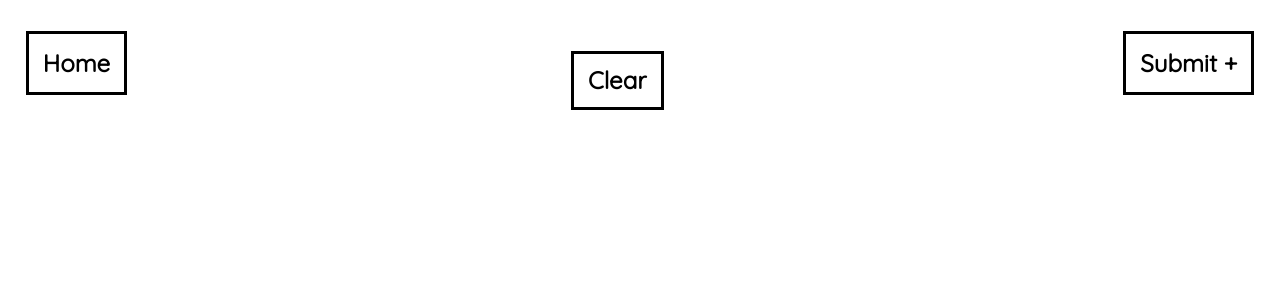
Repository: rickypcyt/WebMural
Page: /
An editor plug-in stored every save of this project. The page is shown before and after a run of saves, followed by the edit.
The browser window is 1280 px wide. The pictures show the whole page.
The project was rebuilt for these pictures with package versions that can differ from the ones it lists, and the page was loaded fresh each time.

Above is the page before, as saved 2022-09-12 13:09:16.

### src/index.js
import React from "react";
import ReactDOM from "react-dom/client";
import "./index.css";
import WebMural from "./Pages/WebMural";
import reportWebVitals from "./reportWebVitals";
import { BrowserRouter, Routes, Route, Switch } from "react-router-dom";

const root = ReactDOM.createRoot(document.getElementById("root"));
root.render(
  <React.StrictMode>
    <BrowserRouter>
      <WebMural />
    </BrowserRouter>
  </React.StrictMode>
);

// If you want to start measuring performance in your app, pass a function
// to log results (for example: reportWebVitals(console.log))
// or send to an analytics endpoint. Learn more: https://bit.ly/CRA-vitals
reportWebVitals();

### src/index.css
@import url("https://fonts.googleapis.com/css2?family=Quicksand");

input[type="file"] {
  display: none;
}
.container {
  top: 0%;
  left: 0%;
}
::marker {
  display: none;
}
.image-container {
  width: 100%;
  margin: auto;
  display: flex;
  flex-direction: row;
  justify-content: space-evenly;
  gap: 15px;
  padding: 10px;
}
body {
  line-height: 1;
  font-family: "Quicksand";
  font-size: large;
  margin: 2%;
  padding: 0%;
  margin-top: 4%;
}
ol {
  list-style: none;
  display: flex;
  padding: 0;
  justify-content: space-between;
  align-items: flex-start;
  display: flex;
  flex-wrap: wrap;
  align-content: center;
}
.content {
  position: absolute;
  right: calc(var(--pad) * 2);
  bottom: calc(var(--pad) * 2);
  white-space: nowrap;
}
.parrafo {
  line-height: 1.5;
  text-align: end;
  font-size: larger;
}
.parrafo span {
  display: block;
}
.titulo {
  margin: 0;
}
.oli {
  font-weight: bold;
  border-style: solid;
  font-size: x-large;
  padding: 1ch;
}
.descripcion {
  font-weight: lighter;
  font-style: oblique;
}
.oli:hover {
  color: black;
  border-style: dotted;
}
.page {
  padding-top: 2%;
  padding-bottom: 3%;
}
.pageContact {
  padding-top: 8%;
  padding-bottom: 9%;
}
.cabeceranavi {
  padding-bottom: 1%;
}
p {
  font-weight: bold;
}
a {
  color: black;
  text-decoration: none;
  padding: 0ch;
}
span {
  font-size: larger;
}
li {
  width: 7%;
  height: 10%;
}
ul {
  list-style-type: none;
  margin: 0%;
  display: flex;
  align-items: center;
  flex-direction: row;
  padding-top: 5%;
  padding-bottom: 5%;
  padding-left: 0%;
  justify-content: space-around;
}
.imagenes {
  display: block;
  height: auto;
  width: auto;
  padding-top: 5%;
  padding-bottom: 5%;
}

.imagenesproyect {
  position: relative;
}
.fixer {
  display: flex;
  flex-direction: row;
  justify-content: space-evenly;
  padding-bottom: 3%;
}
.overlay {
  position: absolute;
  top: 0.83cm;

  background: rgb(0, 0, 0);
  background: rgb(2, 0.3, 0.9, 0.6); /* Black see-through */
  color: #f1f1f1;
  width: 100%;
  transition: 0.5s ease;
  color: white;
  text-align: center;
  font-size: 20px;
  padding-top: 20px;
  padding-bottom: 20px;
  opacity: 0;
}
.imagenesproyect:hover .overlay {
  opacity: 1;
}
.overlay2 {
  position: absolute;
  bottom: 8%;
  background: rgb(0, 0, 0);
  background: rgba(40, 40, 40, 0.6); /* Black see-through */
  color: #f1f1f1;
  width: 100%;
  transition: 0.5s ease;
  color: white;
  text-align: center;
  font-size: 20px;
  padding-top: 20px;
  padding-bottom: 20px;
  opacity: 0;
}
.imagenesproyect:hover .overlay2 {
  opacity: 1;
}

.homeinfo {
  font-size: x-large;
}

@media screen and (max-width: 1340px) {
  .fixer {
    flex-direction: column;
    justify-content: center;
  }
  .imagenes {
    height: auto;
    width: 100%;
  }
  ol {
  }
}

.image-container {
  width: auto;
  margin: auto;
  /* display: flex; */
  flex-wrap: wrap;
  gap: 15px;
  padding: 10px;
}

.image-container img {
  max-width: 100%;
  max-height: 225px;
}

.container .image-container .image {
  border: 4px solid black;
  overflow: hidden;
  /* cursor: pointer; */
}

.container .image-container .image img {
  height: 100%;
  width: 100%;
}
@media (max-width: 700px) {
  .image-container img {
    max-height: -10px;
  }
}

.image:hover {
  transform: scale(1.15); /* (150% zoom - Note: if the zoom is too large, it will go outside of the viewport) */
}

.oli:hover {
  transform: scale(1.15); /* (150% zoom - Note: if the zoom is too large, it will go outside of the viewport) */
}

### src/Pages/WebMural.js
import React, { useState } from "react";
import { Link, useMatch, useResolvedPath } from "react-router-dom";

const UploadAndDisplayImage = () => {
  const [selectedFiles, setSelectedFiles] = useState([]);
  const handleImageChange = (e) => {
    setSelectedFiles([]);
    if (e.target.files) {
      const filesArray = Array.from(e.target.files).map((file) =>
        URL.createObjectURL(file)
      );
      setSelectedFiles((prevImages) => prevImages.concat(filesArray));
      Array.from(e.target.files).map((file) => URL.revokeObjectURL(file));
    }
  };

  const renderPhotos = (source) => {
    return source.map((photo) => {
      return (
        <div class="container">
          <figure class="image-container">
            <img className="image" src={photo} alt="" key={photo} />
          </figure>
        </div>
      );
    });
  };

  return (
    <main>
      <nav className="cabeceranavi">
        <ol>
          <CustomLink to="/" className="oli">
            Home
          </CustomLink>
          <div className="oli" onClick={() => handleImageChange(null)}>
            Clear
          </div>
          <label for="upload-button">
            <nav>
              <input
                type="file"
                id="upload-button"
                multiple="multiple"
                accept="image/*"
                onChange={handleImageChange}
              />
              <a class="oli"> Submit + </a>
            </nav>
          </label>
        </ol>
      </nav>
      {selectedFiles && (
        <div>
          <div class="image-container">{renderPhotos(selectedFiles)}</div>
        </div>
      )}
    </main>
  );
};

export default UploadAndDisplayImage;

function CustomLink({ to, children, ...props }) {
  const resolvedPath = useResolvedPath(to);
  const isActive = useMatch({ path: resolvedPath.pathname, end: true });
  return (
    <li className={isActive ? "active" : ""}>
      <Link to={to} {...props}>
        {children}
      </Link>
    </li>
  );
}

Loaded but not shown: public/index.html (common file); src/reportWebVitals.js (common file)

After the next 4 saves:
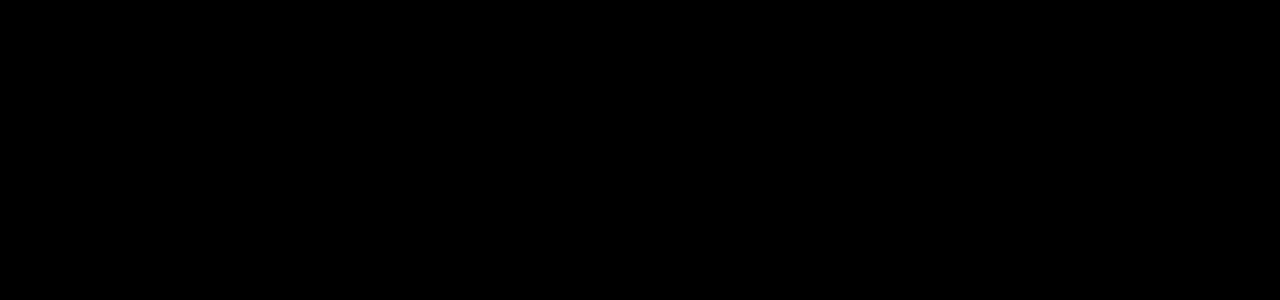
The 4 saves are shown as one change because they came seconds apart.
The last was saved 56 s later.
--- a/src/index.css
+++ b/src/index.css
@@ -18,6 +18,9 @@
   justify-content: space-evenly;
   gap: 15px;
   padding: 10px;
+}
+html{
+  background-color: black;
 }
 body {
   line-height: 1;

After the 2 saves that followed:
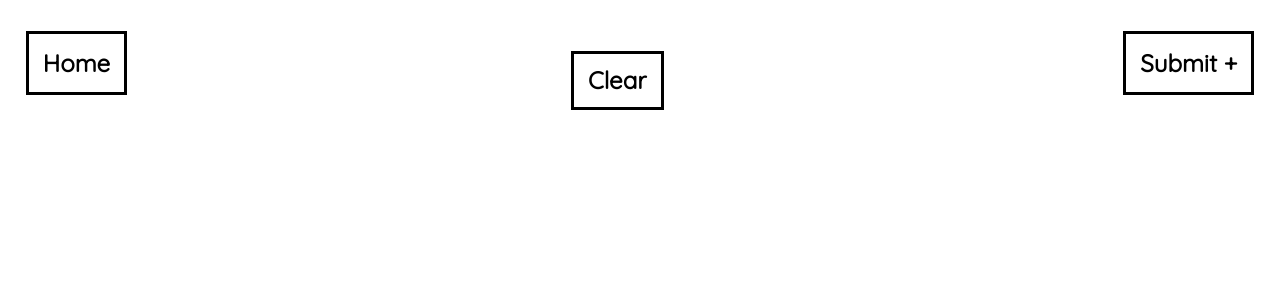
The 2 saves are shown as one change because they came seconds apart.
The last was saved 7 s later.
--- a/src/index.css
+++ b/src/index.css
@@ -20,7 +20,7 @@
   padding: 10px;
 }
 html{
-  background-color: black;
+  background-color: white;
 }
 body {
   line-height: 1;
